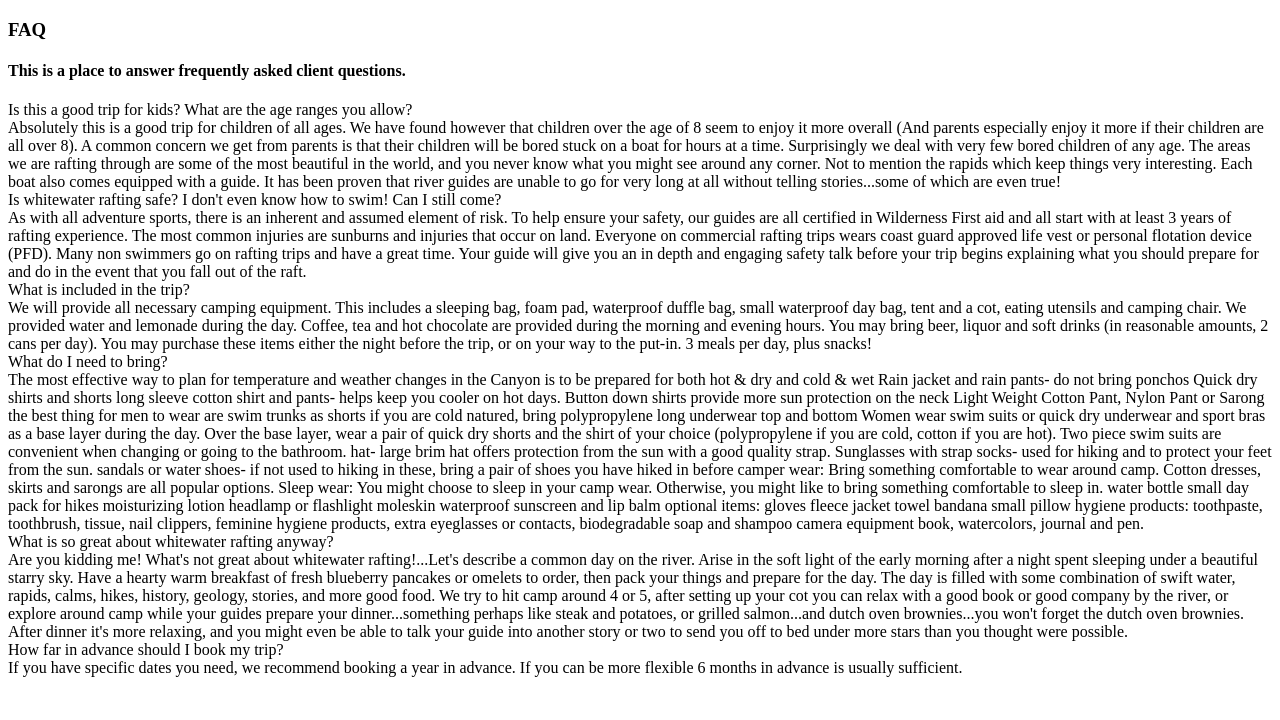
Repository: nak97/WDD-130
Page: wrr/faq.html
An editor plug-in stored every save of this project. The page is shown before and after a run of saves, followed by the edit.
The browser window is 1280 px wide. The pictures show the whole page.

Above is the page before, as saved 2023-03-08 09:52:31.

After the next 2 saves:
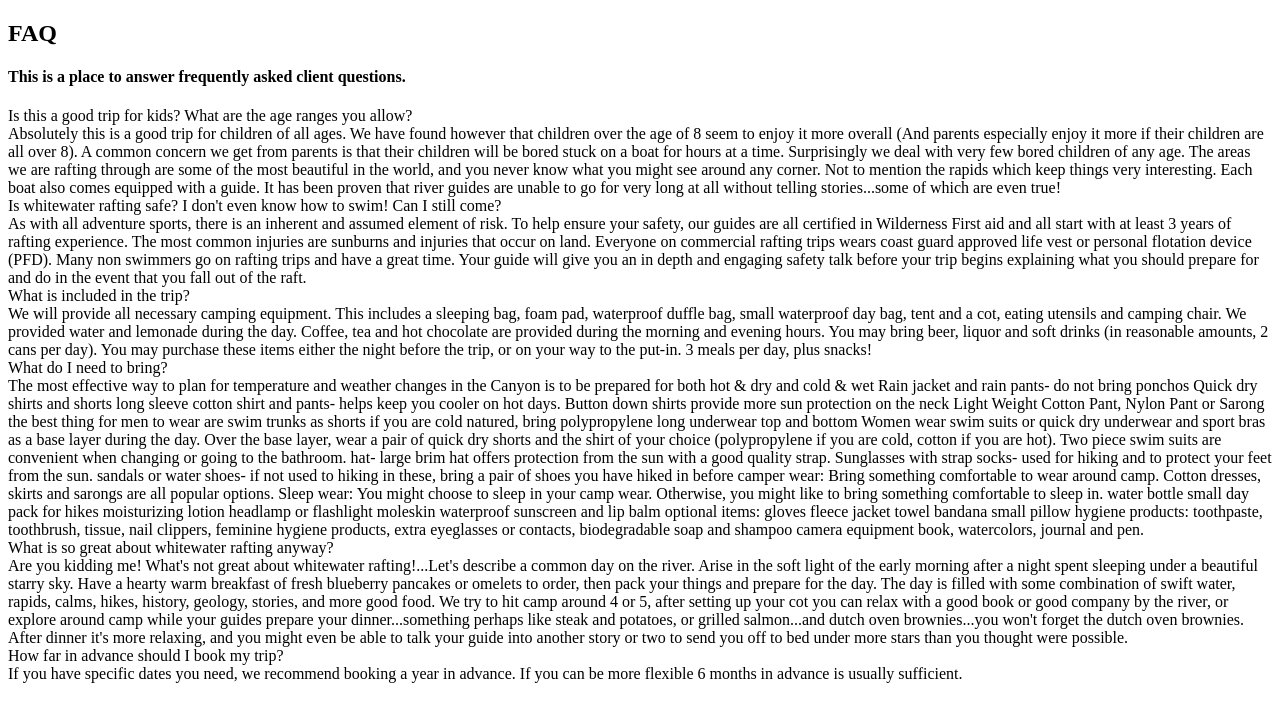
The 2 saves are shown as one change because they came seconds apart.
The last was saved 17 s later.
--- a/wrr/faq.html
+++ b/wrr/faq.html
@@ -10,9 +10,9 @@
     <link rel="stylesheet" href="./styles/faq.css">
   </head>
   <body>
-<h3>
+<h2>
   FAQ
-</h3>
+</h2>
 <h4> This is a place to answer frequently asked client questions.</h4>
 
 
